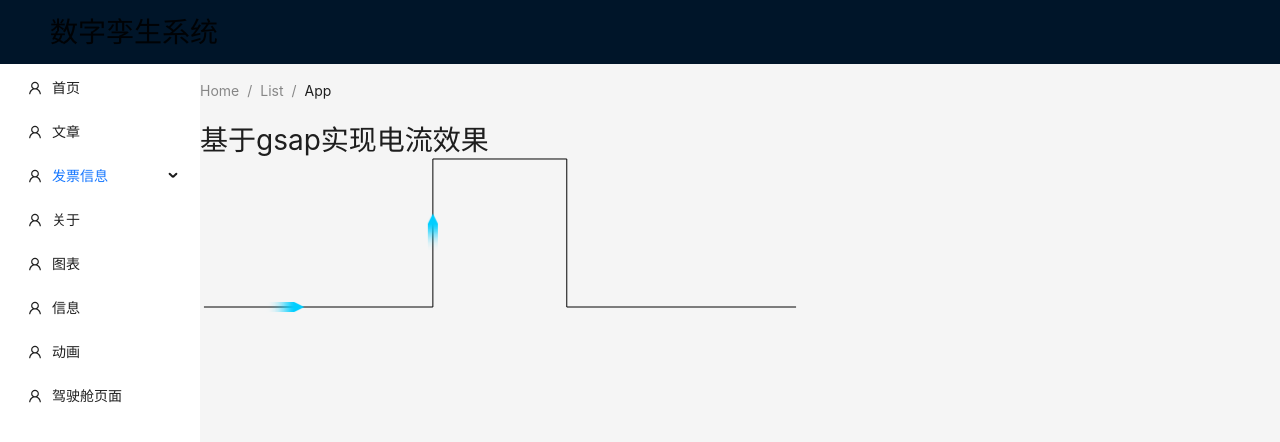
Repository: HailiePan/webpack-react-practice
Page: /animation
These files come from the project's save history. The page is drawn as it stood at one moment and after the next save; the edit follows.
The browser window is 1280 px wide. The pictures show the whole page.
The project was rebuilt for these pictures with package versions that can differ from the ones it lists, and the page was loaded fresh each time. Also part of the build but not shown: src/pages/Animation/component/ScrollAnimation/index.jsx, src/pages/Home.jsx, src/pages/Invoices/index.jsx, src/pages/Invoices/Invoice.jsx, src/pages/Invoices/Pending.jsx, src/pages/Invoices/Complete.jsx, src/components/CommonBox/index.less, src/components/CommonBox/index.jsx and 27 more.

Above is the page before, as saved 2024-01-24 16:45:37.

After the next save:
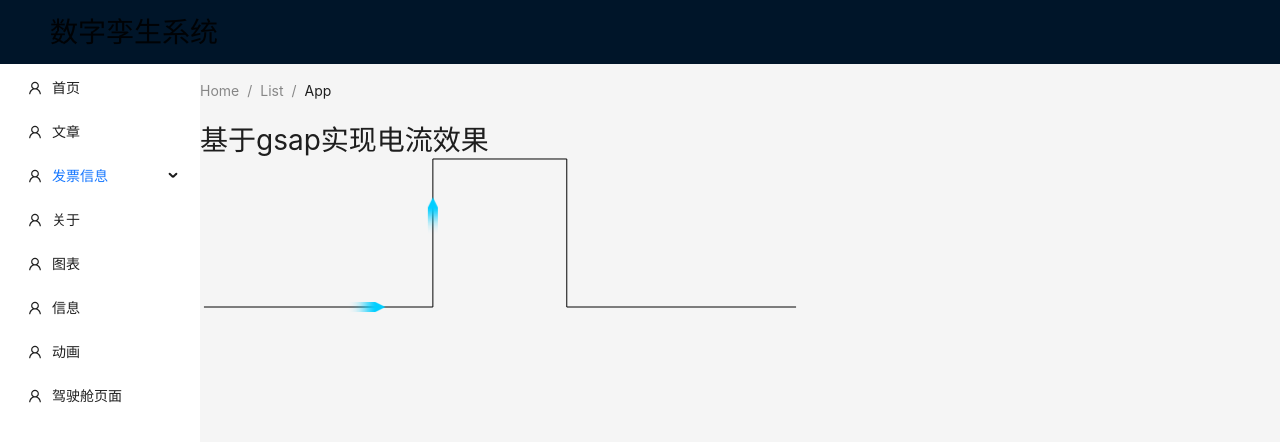
Saved 24 s later.
--- a/src/pages/Animation/component/ImitateElectricity/index.jsx
+++ b/src/pages/Animation/component/ImitateElectricity/index.jsx
@@ -23,7 +23,7 @@ export default function ImitateElectricity() {
     gsap.set([jiantou.current, jiantou2.current], { scale: 0.5, autoAlpha: 1 });
 
     tl.to([jiantou.current], {
-      duration: 4,
+      duration: 2,
       ease: 'none',
       immediateRender: true,
       repeat: -1, // 重复
@@ -38,7 +38,7 @@ export default function ImitateElectricity() {
     });
 
     tl.to([jiantou2.current], {
-      duration: 4,
+      duration: 2,
       ease: 'none',
       immediateRender: true,
       repeat: -1, // 重复
@@ -49,7 +49,7 @@ export default function ImitateElectricity() {
         alignOrigin: [0.5, 0.5], // 对齐原点
         autoRotate: 90, // 沿路径方向旋转角度
         start: 0.25,
-        end: 0.5
+        end: 0.4
       }
     });
 
